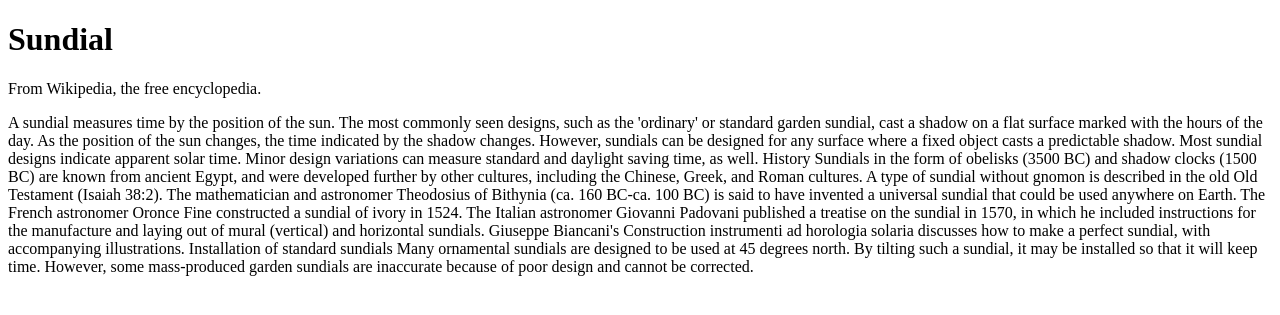
Repository: 9-5-pursuit/lab-intro-to-html
Page: sundial.html
The author's editor kept a copy of each file at every save. The page is drawn from the files as they stood at one save, then again after a run of saves.
The browser window is 1280 px wide. The pictures show the whole page.

Above is the page before, as saved 2023-02-27 16:15:17.

After the next 3 saves:
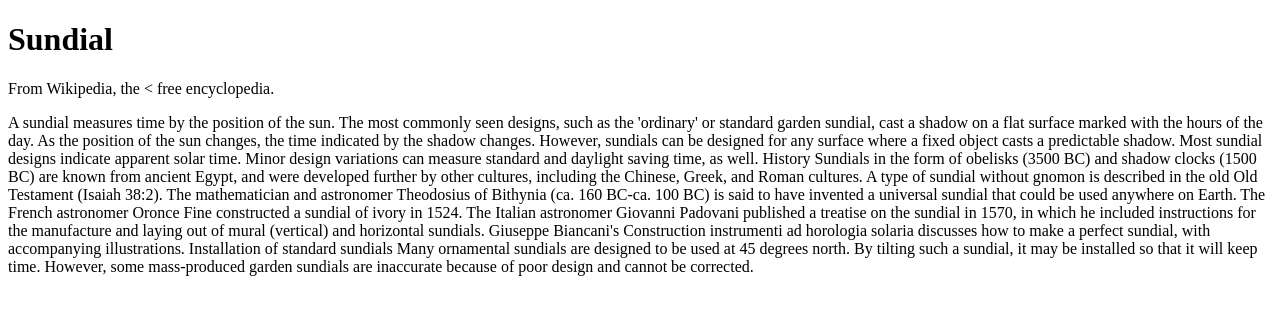
The 3 saves are shown as one change because they came seconds apart.
The last was saved 24 s later.
--- a/sundial.html
+++ b/sundial.html
@@ -10,7 +10,7 @@
     <header>
       <h1>Sundial</h1>
       <span>
-        From Wikipedia, the free encyclopedia.
+        From Wikipedia, the <  free encyclopedia.
       </span>
     </header>
     <p>
